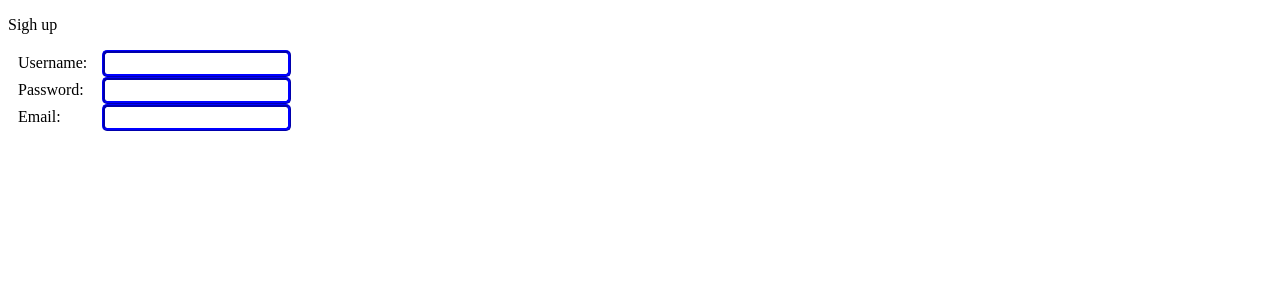
Repository: GreenKnight15/final4382
Page: public/views/signup.html
The author's editor kept a record of every edit. The page is drawn from the files as they stood at one moment, then again after the next edit.
The browser window is 1280 px wide. The pictures show the whole page.

Above is the page before.

### public/views/signup.html
<!doctype html>
<html>
    <head>
        <title>User login and session signup</title>
        <link rel="stylesheet" href="/public/css/styles.css" type="text/css" />
    </head>
    <body>
        <div class 'form-container'>
            <p class'form-header'>Sigh up</p>
            <form method='POST'>
                <label>Username:</label>
                    <input type="text" name="username"/><br>
                <label>Password:</label>
                    <input type="text" name="password"/><br>
                <label>Email:</label>
                    <input type="text" name="email"/><br>
            </form>
        </div>
    </body>
</html>

### public/css/styles.css
/* several CSS3 styles for the forms */
div.form-container {
    display: inline-block;
    border: 4px ridge blue;
    width: 280px;
    border-radius: 10px;
    margin: 10px;
}
p.form-header {
    margin: 0px;
    font: 24px bold;
    color: white;
    background: blue;
    text-align: center;
}
form {
    margin: 10px;
}
label {
    width: 80px;
    display: inline-block;
}
input {
    border: 3px ridge blue;
    border-radius: 5px;
    padding: 3px;
}
input[type=submit] {
    font: 18px bold;
    width: 120px;
    color: white;
    background: blue;
    margin-top: 15px;
    margin-left: 85px;
}

After the next edit:
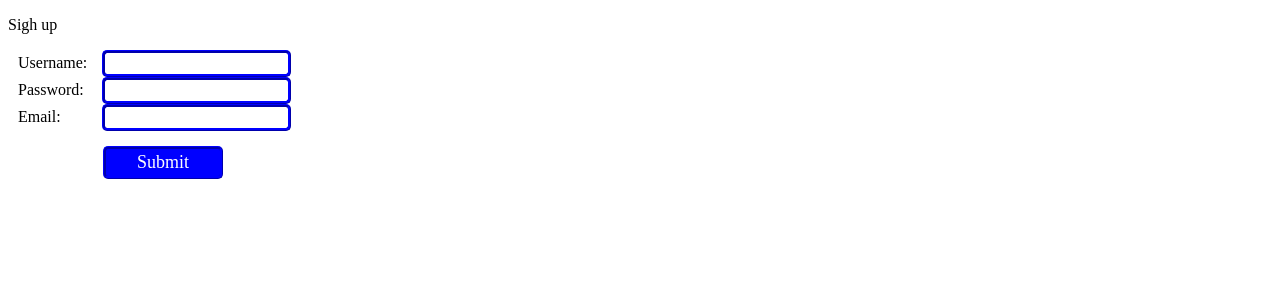
The edit:
--- a/public/views/signup.html
+++ b/public/views/signup.html
@@ -14,6 +14,7 @@
                     <input type="text" name="password"/><br>
                 <label>Email:</label>
                     <input type="text" name="email"/><br>
+                <input type="submit" name="Register"/>
             </form>
         </div>
     </body>
